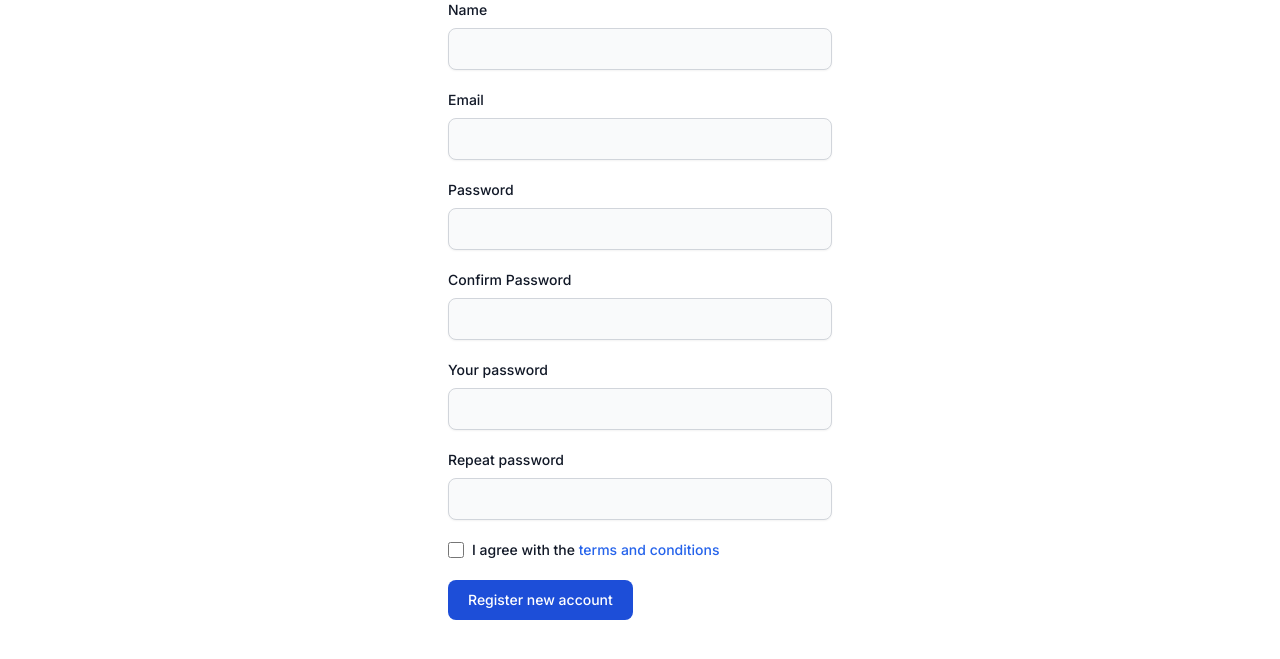
Repository: fatimash2123/next-todo
Page: /register
An editor plug-in stored every save of this project. The page is shown before and after the next save, followed by the edit.
The browser window is 1280 px wide. The pictures show the whole page.
The project was rebuilt for these pictures with package versions that can differ from the ones it lists, and the page was loaded fresh each time. The framework's server and built-in components were replaced by stand-ins that run in the browser. Also part of the build but not shown: next.config.mjs.

Above is the page before, as saved 2024-02-13 12:13:32.

After the next save:
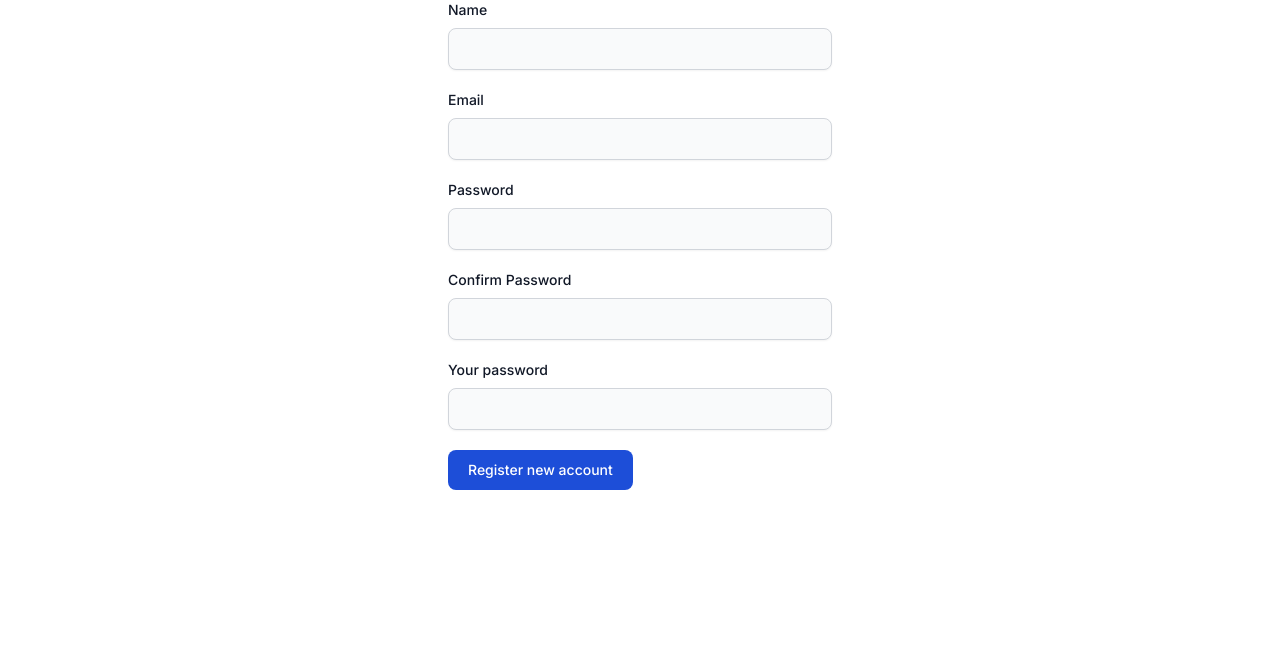
Saved 16 s later.
--- a/app/register/page.tsx
+++ b/app/register/page.tsx
@@ -20,43 +20,6 @@ export default function Register() {
           required
         />
       </div>
-      <div className="mb-5">
-        <label
-          htmlFor="repeat-password"
-          className="block mb-2 text-sm font-medium text-gray-900 dark:text-white"
-        >
-          Repeat password
-        </label>
-        <input
-          type="password"
-          id="repeat-password"
-          className="shadow-sm bg-gray-50 border border-gray-300 text-gray-900 text-sm rounded-lg focus:ring-blue-500 focus:border-blue-500 block w-full p-2.5 dark:bg-gray-700 dark:border-gray-600 dark:placeholder-gray-400 dark:text-white dark:focus:ring-blue-500 dark:focus:border-blue-500 dark:shadow-sm-light"
-          required
-        />
-      </div>
-      <div className="flex items-start mb-5">
-        <div className="flex items-center h-5">
-          <input
-            id="terms"
-            type="checkbox"
-            value=""
-            className="w-4 h-4 border border-gray-300 rounded bg-gray-50 focus:ring-3 focus:ring-blue-300 dark:bg-gray-700 dark:border-gray-600 dark:focus:ring-blue-600 dark:ring-offset-gray-800 dark:focus:ring-offset-gray-800"
-            required
-          />
-        </div>
-        <label
-          htmlFor="terms"
-          className="ms-2 text-sm font-medium text-gray-900 dark:text-gray-300"
-        >
-          I agree with the{" "}
-          <a
-            href="#"
-            className="text-blue-600 hover:underline dark:text-blue-500"
-          >
-            terms and conditions
-          </a>
-        </label>
-      </div>
       <button
         type="submit"
         className="text-white bg-blue-700 hover:bg-blue-800 focus:ring-4 focus:outline-none focus:ring-blue-300 font-medium rounded-lg text-sm px-5 py-2.5 text-center dark:bg-blue-600 dark:hover:bg-blue-700 dark:focus:ring-blue-800"
